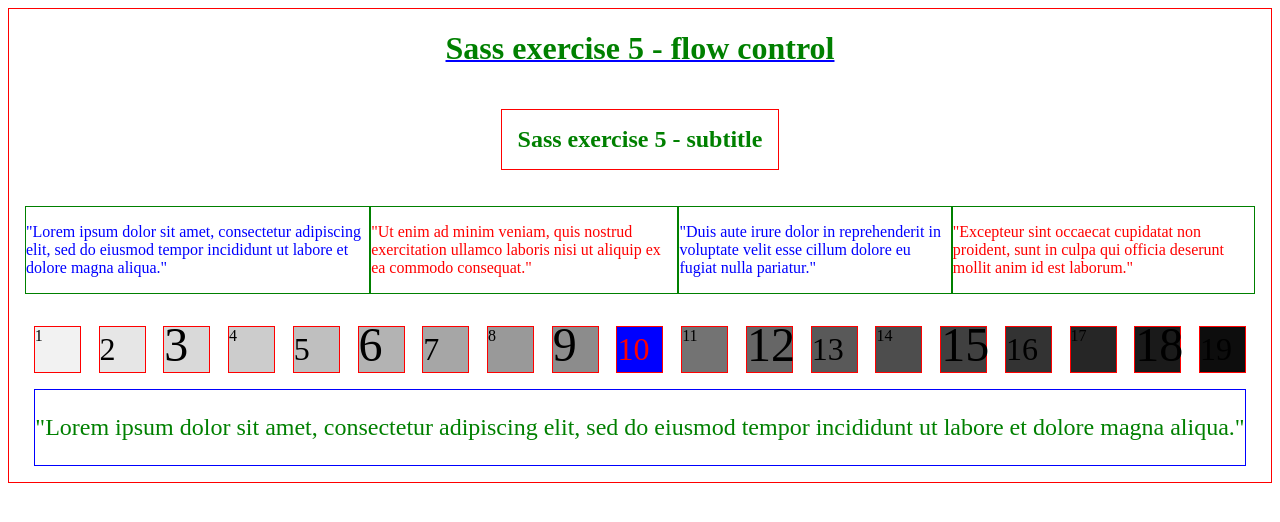
Repository: tr2cky/sass5
Page: index.html
An editor plug-in stored every save of this project. The page is shown before and after the next save, followed by the edit.
The browser window is 1280 px wide. The pictures show the whole page.
The style sheet was rebuilt from its Sass, Less or Tailwind sources for each picture, by a compiler version that may differ from the author's.

Above is the page before, as saved 2022-10-16 13:32:35.

After the next save:
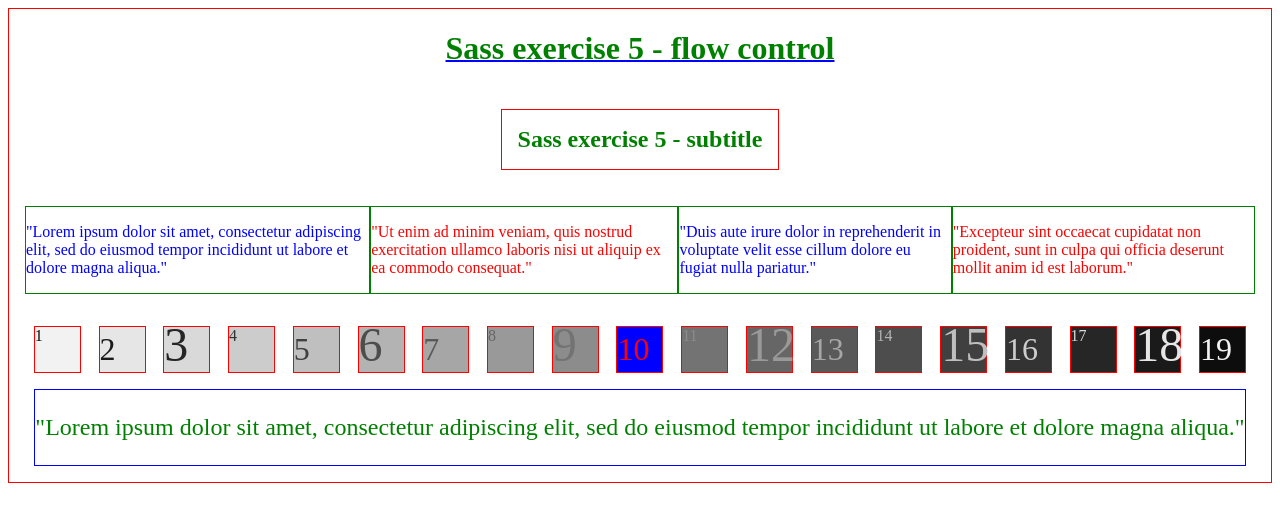
Saved 18 s later.
--- a/style.scss
+++ b/style.scss
@@ -53,7 +53,7 @@ $base-color2: black;
     @for $var from 1 to 20 {
         div:nth-child(#{$var}) {
             background-color: darken($base-color, $var * 5%);
-            color: lighten ($base-color2, $var * 5%);
+            color: lighten($base-color2, $var * 5%);
         }
 
         @if $var == 10 {
